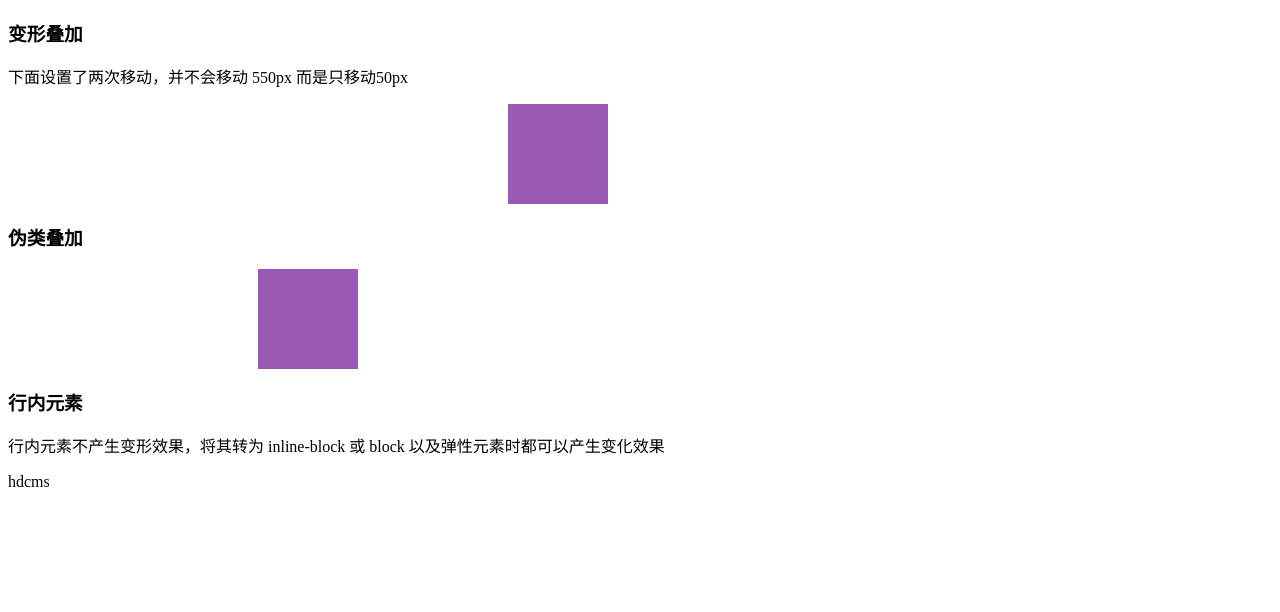
Repository: Aissd/animateDemo
Page: translate.html
The author's editor kept a copy of each file at every save. The page is drawn from the files as they stood at one save, then again after the next save.
The browser window is 1280 px wide. The pictures show the whole page.

Above is the page before, as saved 2020-05-11 21:38:11.

After the next save:
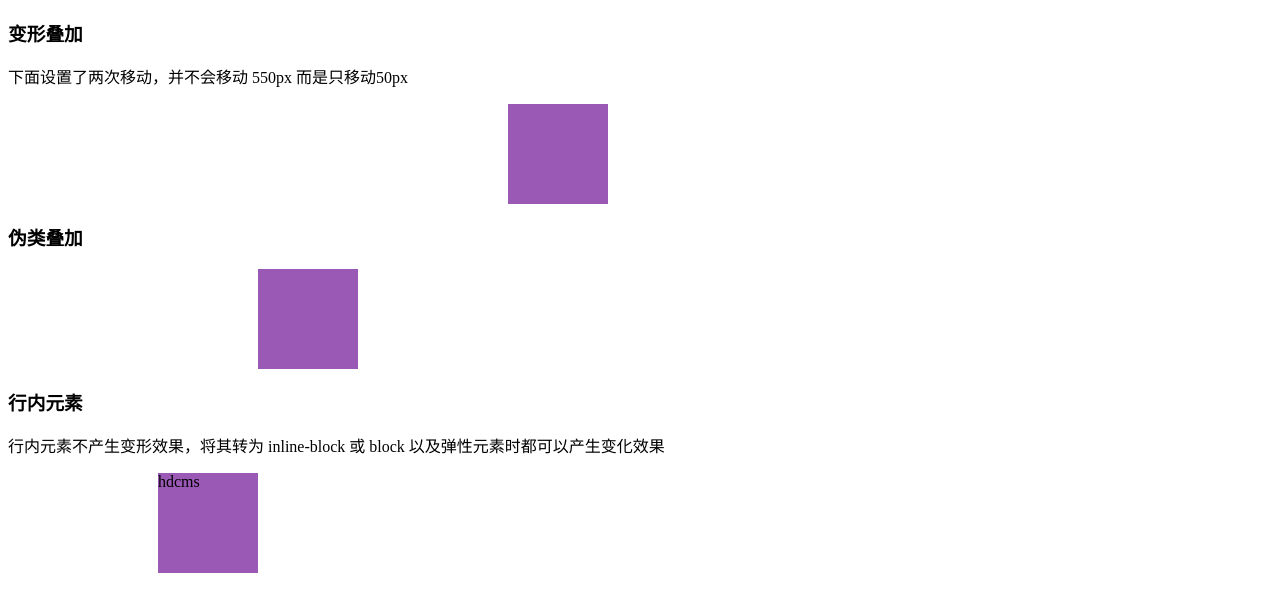
Saved 1 s later.
--- a/css/translate.css
+++ b/css/translate.css
@@ -21,3 +21,17 @@
     transition: 2s;
     transform: translateX(100px);
 }
+
+.demo03 {
+    display: inline-block;
+    transition: 2s;
+    transform: translateX(100px) translateX(50px);
+    width: 100px;
+    height: 100px;
+    background: #9b59b6;
+}
+
+.demo03:hover {
+    transition: 2s;
+    transform: translateX(100px);
+}
